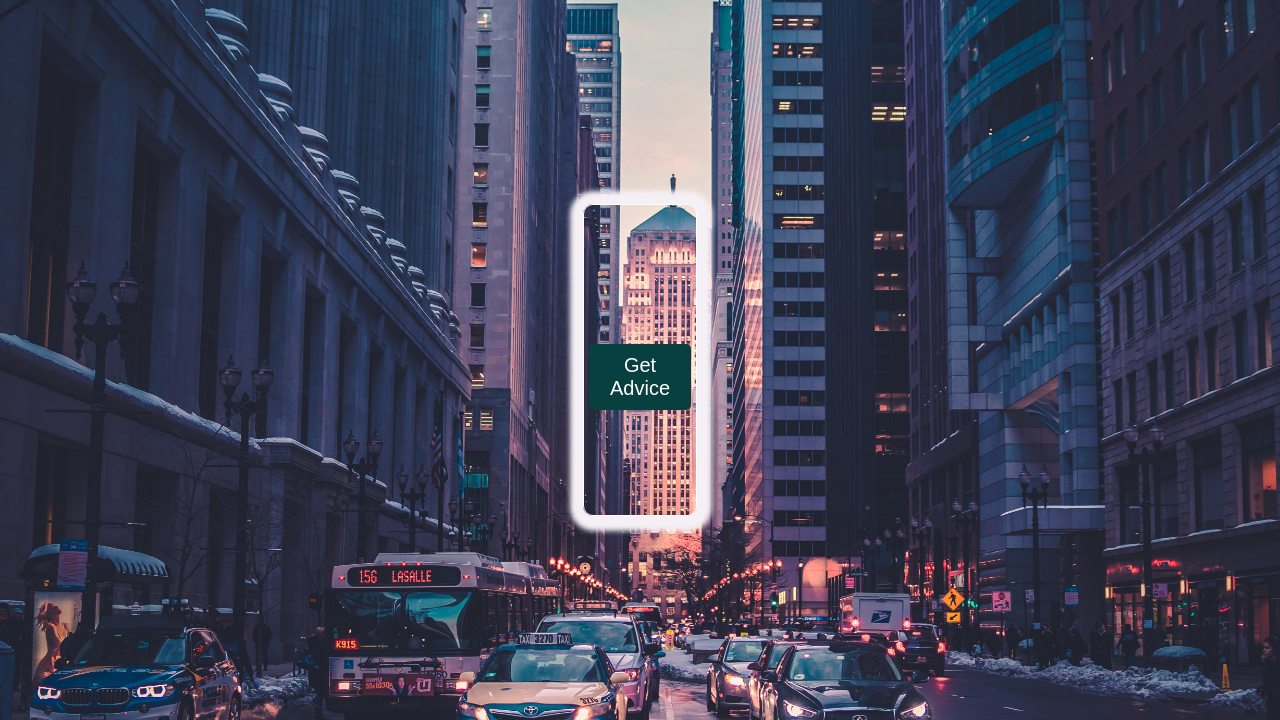
Repository: lamilekan263/random_advice
Page: /
An editor plug-in stored every save of this project. The page is shown before and after the next save, followed by the edit.
The browser window is 1280 px wide. The pictures show the whole page.
The page's requests for data from a server got no answer. The project was rebuilt for these pictures with package versions that can differ from the ones it lists, and the page was loaded fresh each time. No one was signed in, and anything a server would have sent is missing.

Above is the page before, as saved 2020-08-10 15:04:02.

### public/index.html
<!DOCTYPE html>
<html lang="en">
  <head>
    <meta charset="utf-8" />

    <meta name="viewport" content="width=device-width, initial-scale=1" />
    <meta name="theme-color" content="#000000" />
    <meta
      name="description"
      content="Web site created using create-react-app"
    />

    <!--
      manifest.json provides metadata used when your web app is installed on a
      user's mobile device or desktop. See https://developers.google.com/web/fundamentals/web-app-manifest/
    -->

    <!--
      Notice the use of %PUBLIC_URL% in the tags above.
      It will be replaced with the URL of the `public` folder during the build.
      Only files inside the `public` folder can be referenced from the HTML.

      Unlike "/favicon.ico" or "favicon.ico", "%PUBLIC_URL%/favicon.ico" will
      work correctly both with client-side routing and a non-root public URL.
      Learn how to configure a non-root public URL by running `npm run build`.
    -->
    <title>Advice application</title>
  </head>
  <body>
    <noscript>You need to enable JavaScript to run this app.</noscript>
    <div id="root"></div>
    <!--
      This HTML file is a template.
      If you open it directly in the browser, you will see an empty page.

      You can add webfonts, meta tags, or analytics to this file.
      The build step will place the bundled scripts into the <body> tag.

      To begin the development, run `npm start` or `yarn start`.
      To create a production bundle, use `npm run build` or `yarn build`.
    -->
  </body>
</html>

### src/App.js
import React from 'react';
import './App.css';
import axios from 'axios'

class App extends React.Component{

  state = {
    advice : ''
  }
 componentDidMount(){
    this.getAdvice()
  }

  getAdvice = ()=>{
    axios.get('https://api.adviceslip.com/advice')
    .then((response) =>{
      const { advice } = response.data.slip;
      console.log(advice)
      this.setState({ advice })
    })

  }

  render(){
    return(
      <div className="app">
        <div className="card">
          <h1> {this.state.advice}</h1>

          <button onClick = {this.getAdvice}>Get Advice </button>
        </div>
      </div>
    )
  }
}


export default App

### src/App.css
body{
  margin:0;
  padding: 0;
  background-image: url('./bg.jpg');
  background-size: cover;
  background-repeat: no-repeat;
  height:100vh;
  background-position: center;
  background-color: linear-gradient(rgba(5, 4, 4, 0.3));
  display:flex;
  justify-content: center;
  text-align:center;
  align-items: center;
}

.card{
  width:80%;
  margin: 0 auto;

  background: linear-gradient(rgba(0,0,0,0.3));
  border:1px solid white;
  padding:5px;
  border-radius: 10px;
  height:300px;
  display:flex;
  flex-direction:column;
  justify-content: center;
  text-align:center;
  align-items: center;
  -webkit-box-shadow: 1px 1px 5px 14px rgba(245,240,245,1);
  -moz-box-shadow: 1px 1px 5px 14px rgba(245,240,245,1);
  box-shadow: 1px 1px 5px 14px rgba(245,240,245,1);


}
h1{
  font-family: monospace;
  color:whitesmoke;
}


button{
  padding:10px;
  font-size:20px;
  background-color: rgb(8, 63, 63);
  cursor: pointer;
  border:none;
  color:white;
  border-radius:5px;

}
button:hover{

  background-color: rgb(6, 20, 20);


}

Loaded but not shown: src/index.js (common file); src/index.css (common file); src/serviceWorker.js (common file)

After the next save:
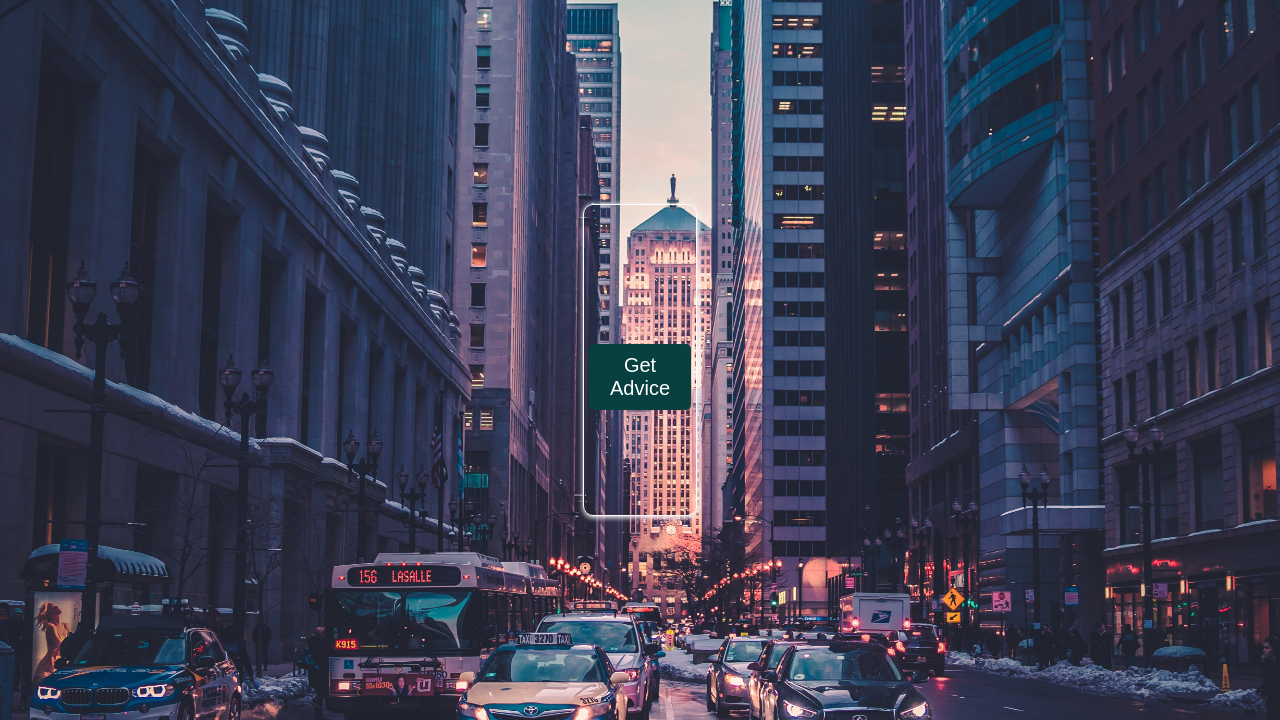
Saved 72 s later.
--- a/src/App.css
+++ b/src/App.css
@@ -29,7 +29,7 @@ body{
   align-items: center;
   -webkit-box-shadow: 1px 1px 5px 14px rgba(245,240,245,1);
   -moz-box-shadow: 1px 1px 5px 14px rgba(245,240,245,1);
-  box-shadow: 1px 1px 5px 14px rgba(245,240,245,1);
+  box-shadow: 1px 1px 5px 1px rgba(245,240,245,1);
 
 
 }
